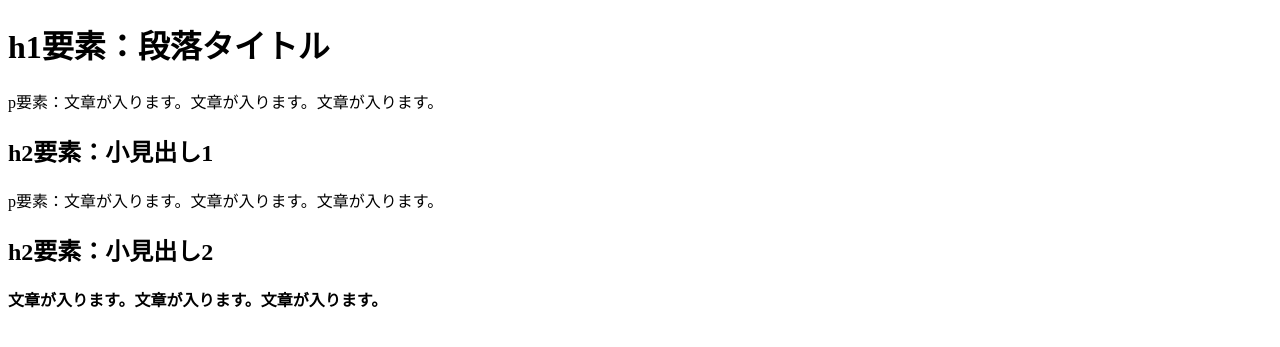
Repository: chao-21/samurai_HTML-CSS
Page: index.html
The author's editor kept a record of every edit. The page is drawn from the files as they stood at one moment, then again after the next edit.
The browser window is 1280 px wide. The pictures show the whole page.

Above is the page before.

After the next edit:
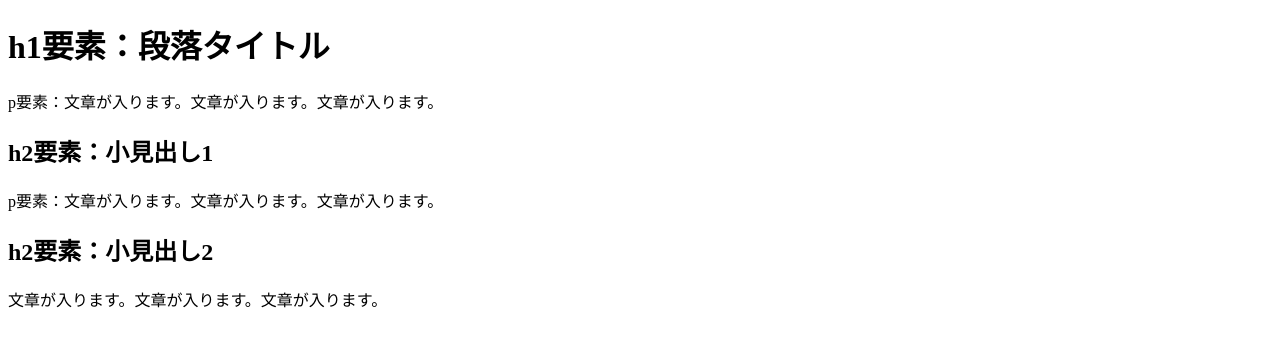
The edit:
--- a/index.html
+++ b/index.html
@@ -11,7 +11,7 @@
   <p class="fs-25">
     p要素：文章が入ります。文章が入ります。文章が入ります。</p>
   <h2 id="red">h2要素：小見出し2</h2>
-  <p style="font-weight: bold;">
+  <p class="fw-bold">
     文章が入ります。文章が入ります。文章が入ります。</p>
 </body>
 </html>
